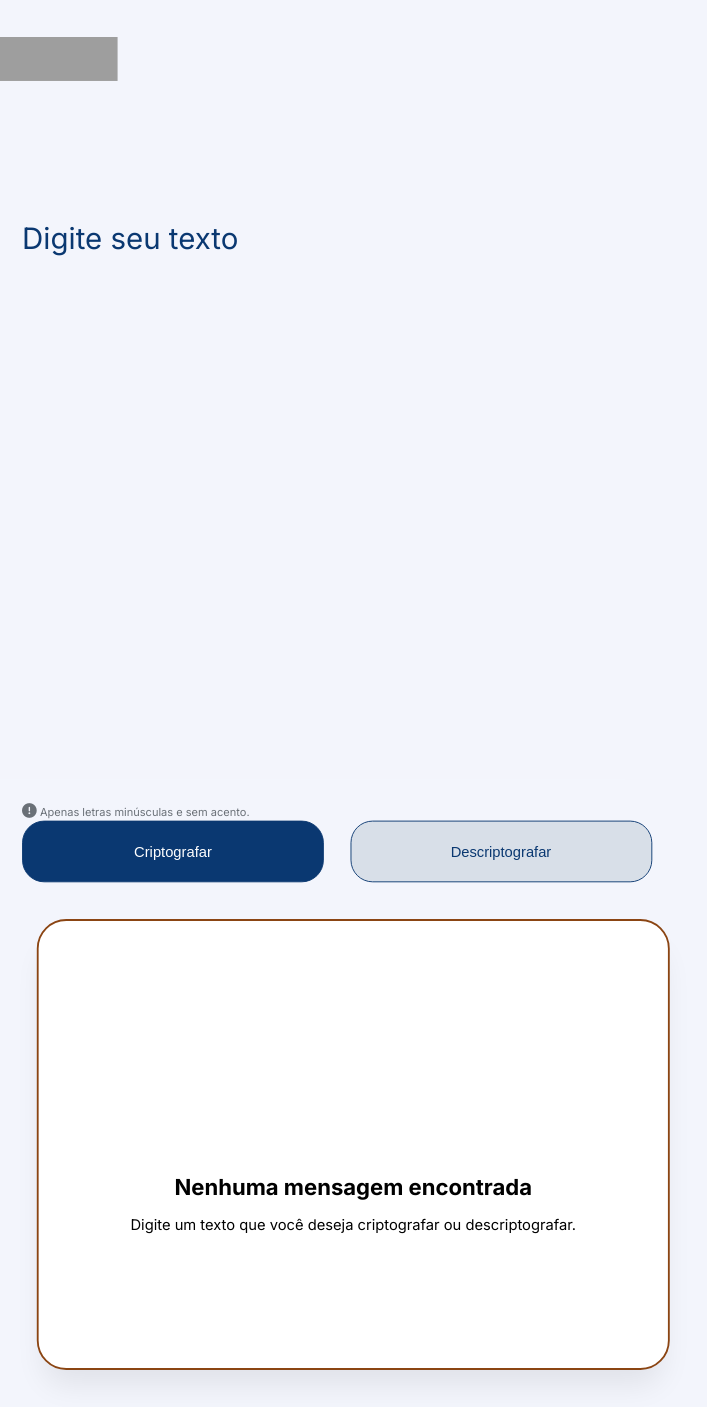
Repository: CarlosEduardoVdeOliveira/descodificador-de-texto
Page: index.html
These files come from the project's save history. The page is drawn as it stood at one moment and after the next save; the edit follows.
The browser window is 768 px wide. The pictures show the whole page, at 92% of full size.
Pictures or frames that could not be fetched are drawn as grey boxes.

Above is the page before, as saved 2023-04-13 08:21:19.

### index.html
<!DOCTYPE html>
<html lang="en">
<head>
   <meta charset="UTF-8">
   <link rel="preconnect" href="https://fonts.googleapis.com">
   <link rel="preconnect" href="https://fonts.gstatic.com" crossorigin>
   <meta http-equiv="X-UA-Compatible" content="IE=edge">
   <meta name="viewport" content="width=device-width, initial-scale=1.0">
   <link href="https://fonts.googleapis.com/css2?family=Inter:wght@400;700&display=swap" rel="stylesheet">
   <link rel="stylesheet" href="https://cdnjs.cloudflare.com/ajax/libs/font-awesome/6.4.0/css/all.min.css" integrity="sha512-iecdLmaskl7CVkqkXNQ/ZH/XLlvWZOJyj7Yy7tcenmpD1ypASozpmT/E0iPtmFIB46ZmdtAc9eNBvH0H/ZpiBw==" crossorigin="anonymous" referrerpolicy="no-referrer" />
   <link rel="stylesheet" href="/public/styles/reset.css">
   <link rel="stylesheet" href="/public/styles/index.css">
   <link rel="stylesheet" href="/public/styles/tablet.css">
   <title>Decodificador</title>
</head>
<body>
   <main>
      <img src="/public/images/imageLogo.png"
         alt="letra a da logo da escola de programação Alura">
      <div class="frist-area">
         <textarea class="textarea-input" placeholder="Digite seu texto" autofocus></textarea>
         <div class="info">
            <span>
               <i class="fa-solid fa-circle-exclamation"></i>
               Apenas letras minúsculas e sem acento.
            </span>
            <div>
               <button class="button-cryptography">Criptografar</button>
               <button class="button-decryption">Descriptografar</button>
            </div>
         </div>
      </div>
      <div class="text-cryption">
         <img src="/public/images/imageHighLight.svg" alt="">
         <div>
            <h2>Nenhuma mensagem encontrada</h2>
            <p>
               Digite um texto que você deseja criptografar ou descriptografar.
            </p>
         </div>
      </div>
   </main>
   <script src="/public/scripts/index.js"></script>
</body>
</html>

### public/styles/reset.css
:root{
   --light-gray: #D8DFE8;
   --gray-100: #CED4DA;
   --gray-200: #ADB5BD;
   --gray-300: #868E96;
   --gray-400: #495057;
   --gray-500: #343A40;
   --light-blue-100: #F3F5FC;
   --light-blue-200: #EFF1FA;
   --light-blue-300: #E9ECF8;
   --light-blue-400: #AAB2D5;
   --light-blue-500: #757FB2;
   --dark-blue-100: #609ED4;
   --dark-blue-200: #356EA9;
   --dark-blue-300: #0A3871;
   --dark-blue-400: #072B61;
   --dark-blue-500: #052051;
}
*{
   margin: 0;
   padding: 0;
   box-sizing: border-box;
}

html{
   font-family:  'Inter', sans-serif;
   font-size: 1rem;
}

### public/styles/index.css
/* header{
   width: 100%;
   height: 2.5rem;
} */
body{
   background-color: var(--light-blue-100);
}
img{
   width: 8rem;
   height: 3rem;
   margin-top: 2.5rem;
}
main {
   display: flex;
   justify-content: space-around;
   align-items: self-start;
   margin: 0 auto;
}
.frist-area{
   display: flex;
   flex-direction: column;
   margin-top: 7.5rem;
}
textarea.textarea-input{
   width: 42.5rem;
   height: 39.68rem;
   font-family: 'Inter';
   font-size: 32px;
   line-height: 150%;
   background-color: var(--light-blue-100);
   color: var(--dark-blue-300);
   border: none;
   resize: none;
   margin-bottom: 1.5rem;
   padding: 1.5rem;
}
textarea.textarea-input:focus{
   outline: 0;
}

textarea.textarea-input::placeholder{
   color: var(--dark-blue-300);
}

i{
   color: var(--gray-400);
   font-size: 1rem;
}
span{
   font-size: 12px;
   color: var(--gray-400);
   line-height: 150%;
   opacity: 0.8;
   margin-bottom: 1rem;
}
button{
   padding: 1.5rem;
   gap: .5rem;
   width: 328px;
   height: 67px;
   border-radius: 1.5rem;
   cursor: pointer;
   font-size: 1rem;
   line-height: 19px;
   border: 1px solid var(--dark-blue-300);
   transition: all .2s;
}
.button-cryptography{
   background-color: var(--dark-blue-300);
   color: white;
   margin-right: 1.5rem;
}
.button-cryptography:hover{
   background-color: var(--dark-blue-400);
}
.button-decryption{
   background: var(--light-gray);
   color: var(--dark-blue-300);
}
.button-decryption:hover{
   background-color: var(--light-blue-200);
}
.text-cryption{
   width: 25rem;
   margin: 2.5rem;
   padding: 15.188rem 2rem;
   text-align: center;
   background-color: white;
   /* shadow */
   box-shadow: 0px 24px 32px -8px rgba(0, 0, 0, 0.08);
   border-radius: 32px;
}
.text-cryption div{
   display: flex;
   flex-direction: column;

   margin-top: 2rem;
   padding: 0px;
   gap: 16px;
}
.text-cryption img{
   width: 21rem;
   height: 19rem;
}

.format-text-cryption{
   /* padding: 2rem;
   position: relative; */

}

.button-copy-cryption{
   background-color: white;
}
.button-copy-cryption:hover{
   background-color: var(--light-blue-200);
}

### public/styles/tablet.css
@media (max-width: 768px) {
   main{
      display: block;
   }
   .info{
      margin-left: 1.5rem;
   }
   .text-cryption{
      width: 43rem;
      height: 8.313rem;
      border: 2px solid saddlebrown;
   }
   .text-cryption img{
      display: none;
   }
}

### public/scripts/index.js
const elementTextarea = document.querySelector("textarea.textarea-input");
const areaCryption = document.querySelector(".text-cryption");
const buttonCryptography = document.querySelector(".button-cryptography");
const buttonDecryption = document.querySelector(".button-decryption");


function alterTextCryptionArea(){
   areaCryption.classList.remove('text-cryption')
   areaCryption.innerHTML = `
      <p>${elementTextarea.value}</p>
      <button class="button-copy-cryption">Copiar</button>
   `;
}
/*
function copyText(){
   const text = document.querySelector("format-text-cryption")
   text.select();
   document.execCommand('copy');
} */
/* document.querySelector("button-copy-cryption").onclick = copyText */
buttonCryptography.onclick = alterTextCryptionArea
buttonDecryption.onclick = alterTextCryptionArea

After the next save:
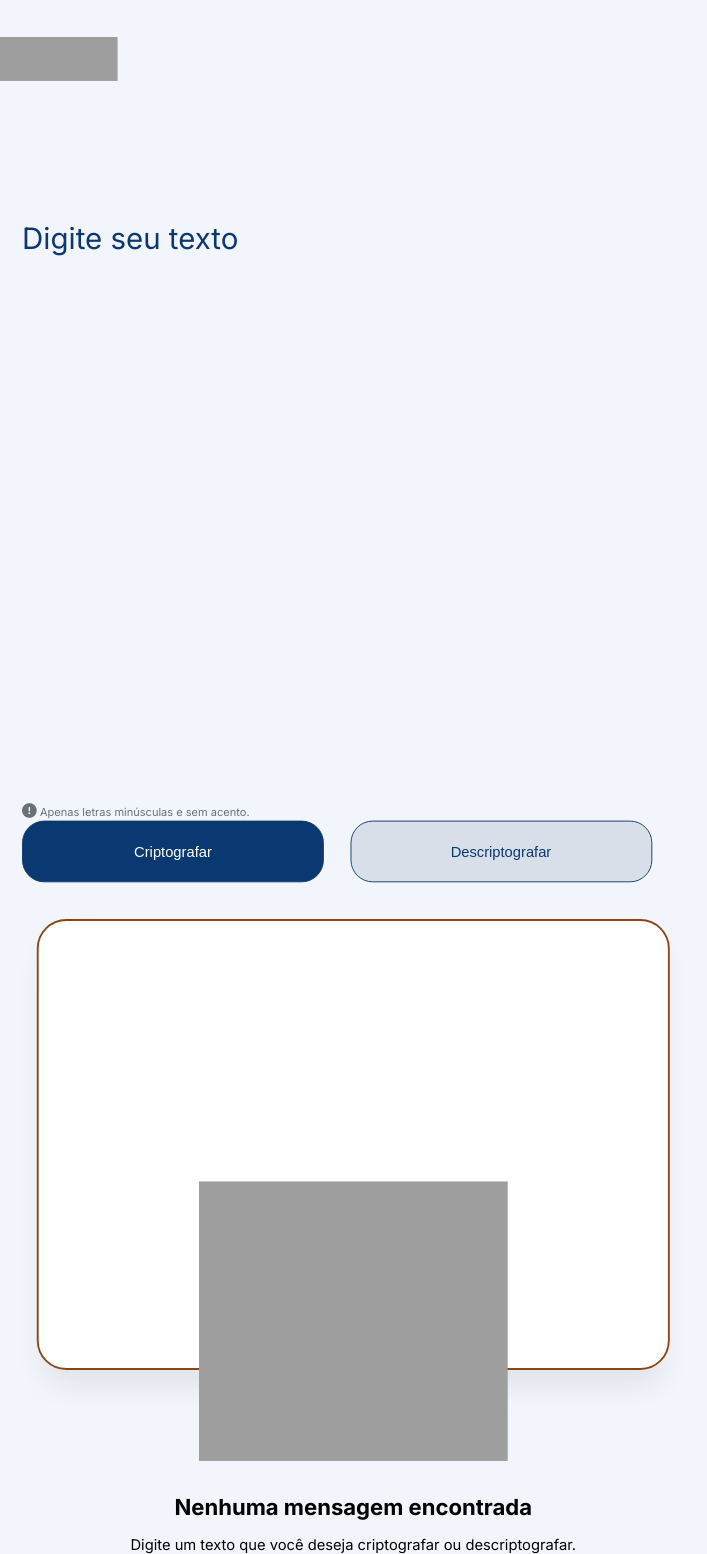
Saved 28 s later.
--- a/public/styles/tablet.css
+++ b/public/styles/tablet.css
@@ -11,6 +11,6 @@
       border: 2px solid saddlebrown;
    }
    .text-cryption img{
-      display: none;
+      display: 0;
    }
 }

After the save that followed:
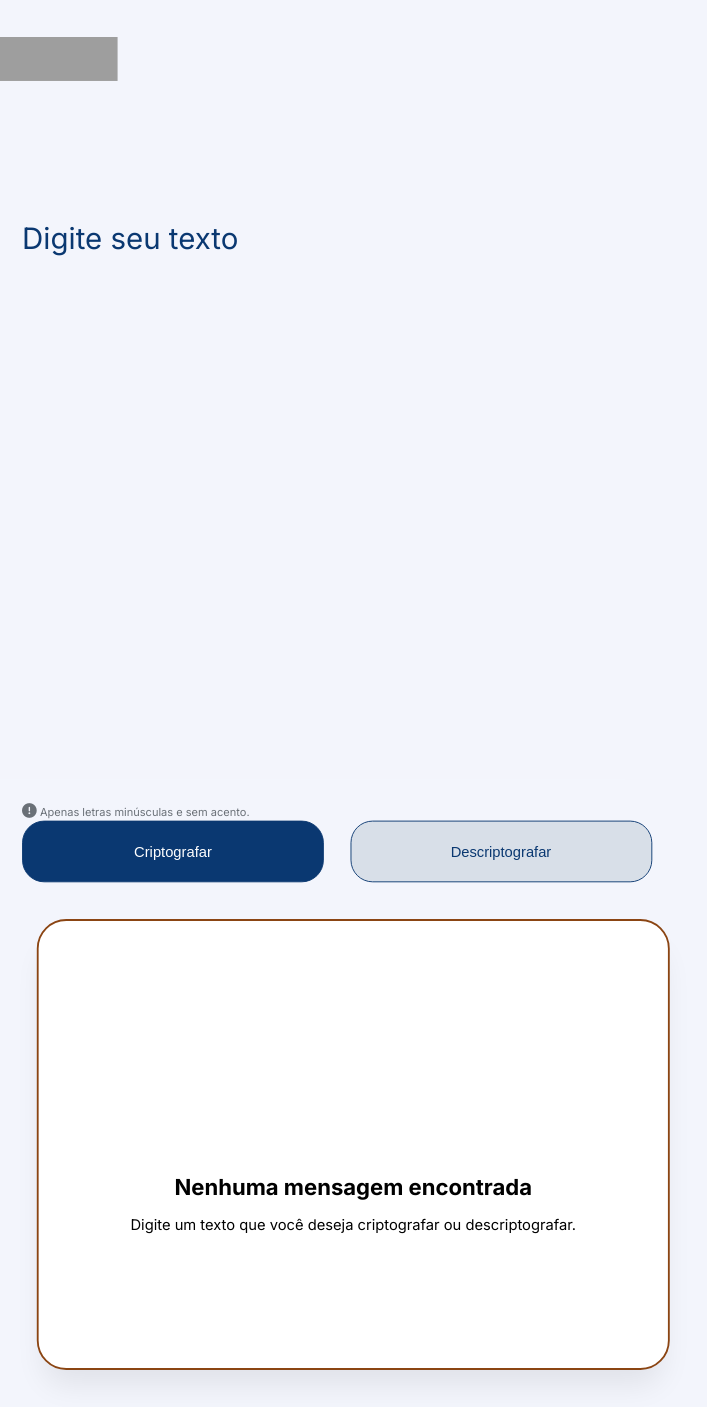
Saved 6 s later.
--- a/public/styles/tablet.css
+++ b/public/styles/tablet.css
@@ -11,6 +11,6 @@
       border: 2px solid saddlebrown;
    }
    .text-cryption img{
-      display: 0;
+      display: none;
    }
 }
